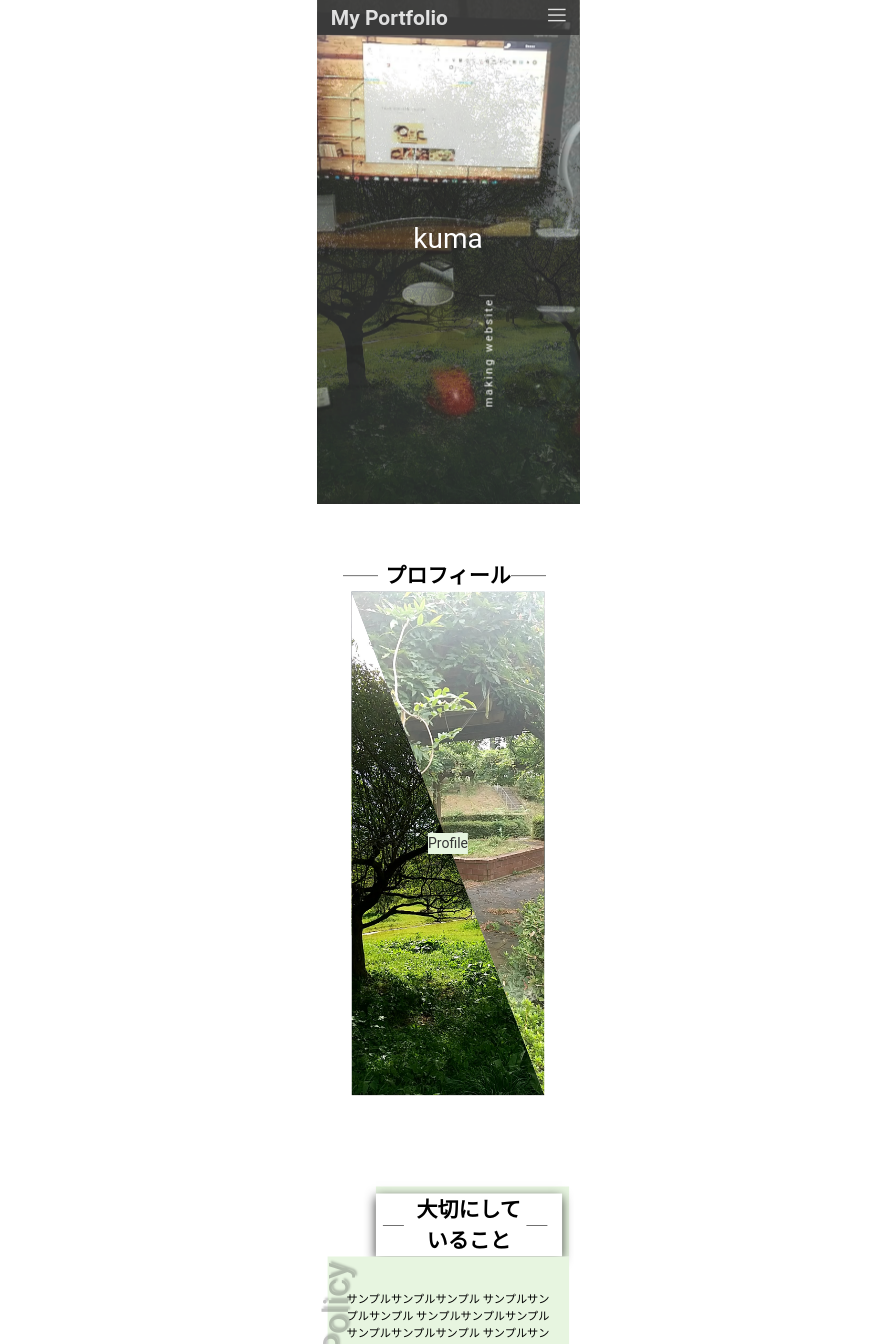
Repository: ppmp556/portfolio6
Page: index copy.html
An editor plug-in stored every save of this project. The page is shown before and after the next save, followed by the edit.
The browser window is 1280 px wide. The pictures show the part of the page from y = 0 to 1920 px (the page is 4078 px tall before and 4450 px after), at 70% of full size.
Some web libraries are served in a nearby version. The style sheet was rebuilt from its Sass, Less or Tailwind sources for each picture, by a compiler version that may differ from the author's.

Above is the page before, as saved 2020-10-22 17:07:55.

After the next save:
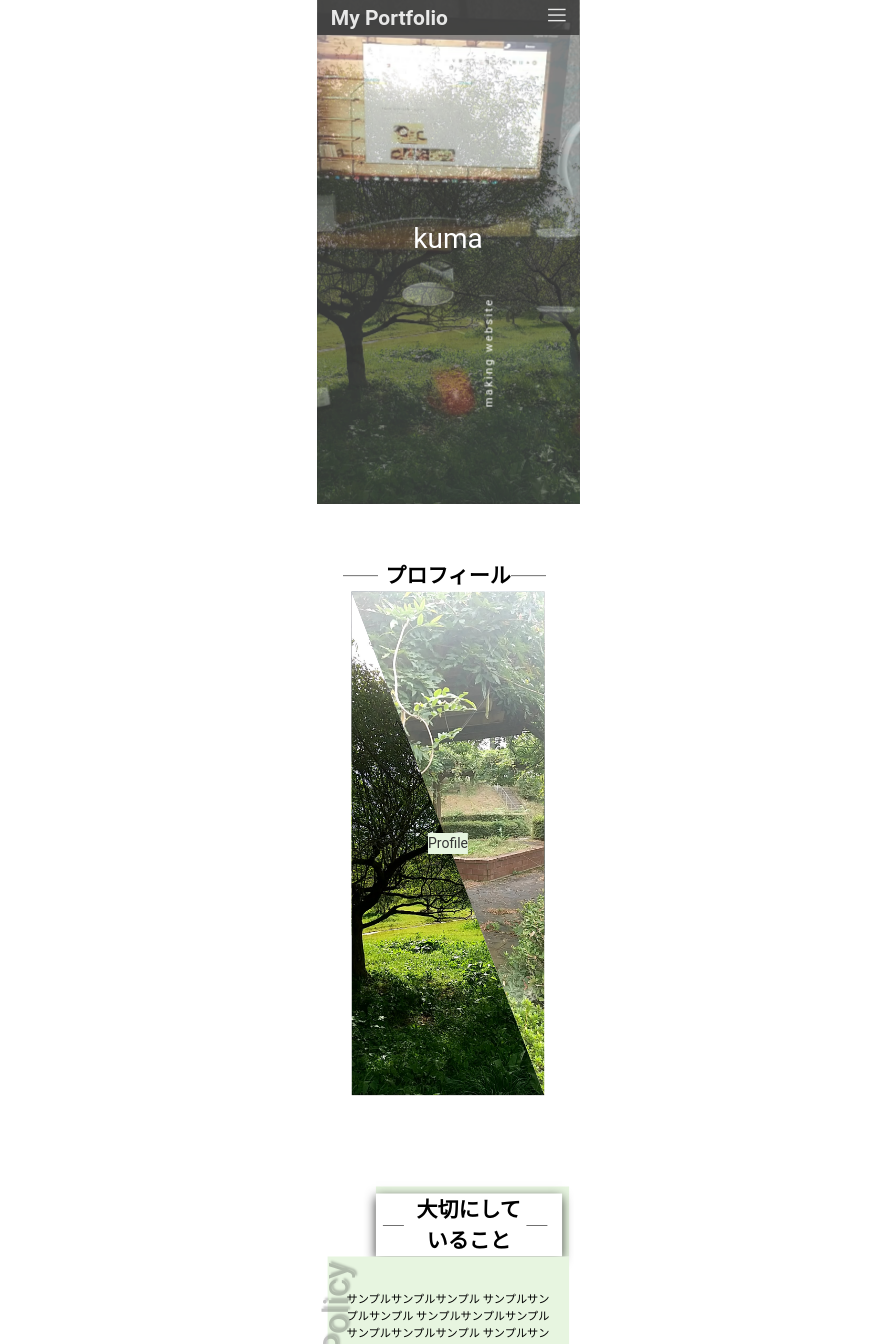
Saved 8 min 37 s later.
--- a/index copy.html
+++ b/index copy.html
@@ -328,13 +328,18 @@
                 <!-- /.section_ttl -->
               </div><!-- /.section_ttlwrap -->
               <div class="section_inner">
-                <div class="create_imgbox">
+                <figure class="create_imgbox">
                   <img src="images/Screenshot_2020-05-28 模写.png" alt="" class="create_img">
-                  <p class="create_ttl">ポートフォリオ<br />（このサイト）</p>
+                  <figcaption class="create_txtbox">
+                    <h3　class="create_ttl">ポートフォリオ</h3>
+                    <p class="create_txt">このサイト</p>
+                    <p class="create_txt">html/css/scss/JavaScript/jquery</p>
+                    <p class="create_txt">レスポンシブ</p>
+                  </figcaption>>
                   <!-- /.create_ttl -->
 
                   <!-- アコーディオンメニュー実装する -->
-                </div>
+                </figure>
                 <!-- /.create_imgbox -->
               </div>
               <!-- /.section_inner -->
